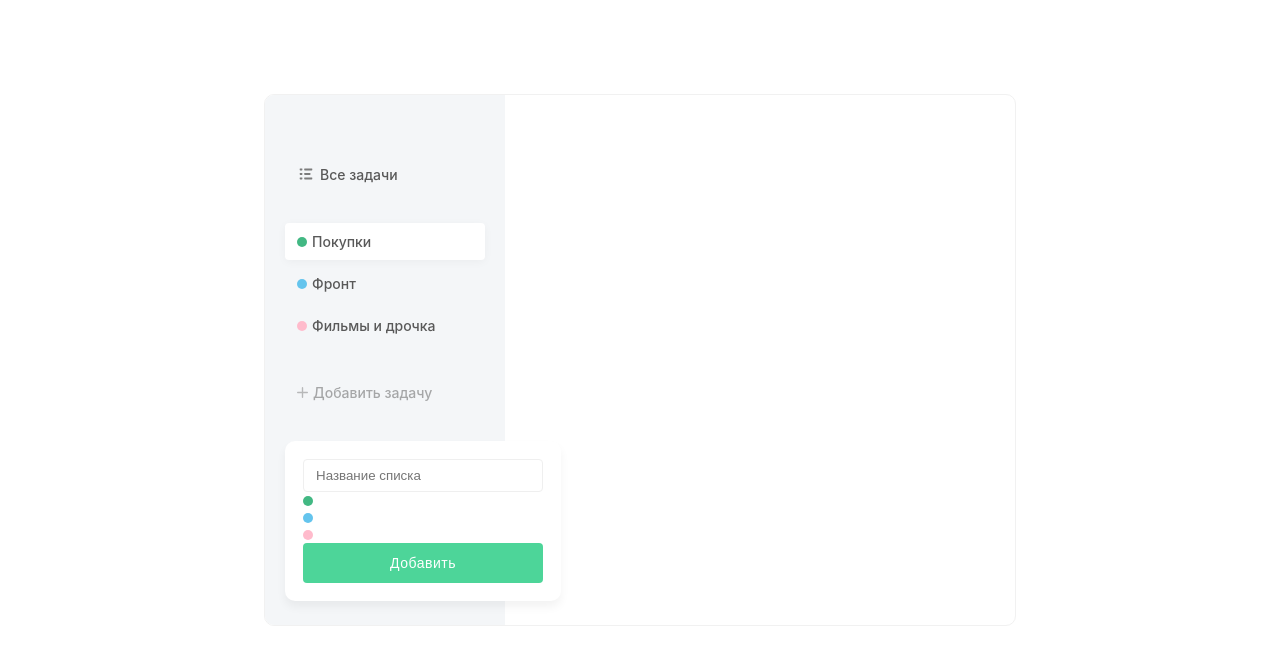
Repository: AzimAzimov/Todo
Page: /
These files come from the project's save history. The page is drawn as it stood at one moment and after the next save; the edit follows.
The browser window is 1280 px wide. The pictures show the whole page.
The project was rebuilt for these pictures with package versions that can differ from the ones it lists, and the page was loaded fresh each time.

Above is the page before, as saved 2023-02-19 15:07:10.

### src/index.js
import React from 'react';
import ReactDOM from 'react-dom/client';
import './scss/index.scss';
import App from './App';

const root = ReactDOM.createRoot(document.getElementById('root'));
root.render(
  <React.StrictMode>
    <App />
  </React.StrictMode>
);

### src/scss/index.scss
@import "_normalize.scss";

body {
  margin: 0;
  font-family: -apple-system, BlinkMacSystemFont, 'Segoe UI', 'Montserrat', 'Oxygen',
    'Ubuntu', 'Cantarell', 'Fira Sans', 'Droid Sans', 'Helvetica Neue',
    sans-serif;
  -webkit-font-smoothing: antialiased;
  -moz-osx-font-smoothing: grayscale;
}

.todo {
  position: absolute;
  left: 50%;
  top: 50%;
  width: 750px;
  height: 530px;
  transform: translate(-50%, -50%);
  border: 1px solid #f1f1f1;
  border-radius: 10px;
  overflow: hidden;
  font-size: 14px;
  // background-color: #F4F6F8;
  &__sidebar {
    background: #F4F6F8;
    width: 200px;
    height: calc(100% - 120px);
    padding: 60px 20px;
  }

}

### src/App.js
import React, { useState } from 'react';
import AddButtonList from './components/addButtonList/AddButtonList';

import List from './components/sidebar/List';
import DB from './assets/db.json'
import './scss/index.scss';


function App() {

  const [ value, setValue ] = useState('kjjk')

  return (
    <div className="todo">
      <div className="todo__sidebar">
        <List items={[
          {
            icon: (
              <svg width="18" height="18" viewBox="0 0 18 18" fill="none" xmlns="http://www.w3.org/2000/svg">
                <path d="M12.96 8.10001H7.74001C7.24321 8.10001 7.20001 8.50231 7.20001 9.00001C7.20001 9.49771 7.24321 9.90001 7.74001 9.90001H12.96C13.4568 9.90001 13.5 9.49771 13.5 9.00001C13.5 8.50231 13.4568 8.10001 12.96 8.10001V8.10001ZM14.76 12.6H7.74001C7.24321 12.6 7.20001 13.0023 7.20001 13.5C7.20001 13.9977 7.24321 14.4 7.74001 14.4H14.76C15.2568 14.4 15.3 13.9977 15.3 13.5C15.3 13.0023 15.2568 12.6 14.76 12.6ZM7.74001 5.40001H14.76C15.2568 5.40001 15.3 4.99771 15.3 4.50001C15.3 4.00231 15.2568 3.60001 14.76 3.60001H7.74001C7.24321 3.60001 7.20001 4.00231 7.20001 4.50001C7.20001 4.99771 7.24321 5.40001 7.74001 5.40001ZM4.86001 8.10001H3.24001C2.74321 8.10001 2.70001 8.50231 2.70001 9.00001C2.70001 9.49771 2.74321 9.90001 3.24001 9.90001H4.86001C5.35681 9.90001 5.40001 9.49771 5.40001 9.00001C5.40001 8.50231 5.35681 8.10001 4.86001 8.10001ZM4.86001 12.6H3.24001C2.74321 12.6 2.70001 13.0023 2.70001 13.5C2.70001 13.9977 2.74321 14.4 3.24001 14.4H4.86001C5.35681 14.4 5.40001 13.9977 5.40001 13.5C5.40001 13.0023 5.35681 12.6 4.86001 12.6ZM4.86001 3.60001H3.24001C2.74321 3.60001 2.70001 4.00231 2.70001 4.50001C2.70001 4.99771 2.74321 5.40001 3.24001 5.40001H4.86001C5.35681 5.40001 5.40001 4.99771 5.40001 4.50001C5.40001 4.00231 5.35681 3.60001 4.86001 3.60001Z" fill="black"/>
              </svg>
            ),
            name: 'Все задачи',
          }
        ]} />
        <List
          isRemovable={true}
          items={[
            {
              color: 'green',
              name: 'Покупки',
              active: true,
            },
            {
              color: 'blue',
              name: 'Фронт',
            },
            {
              color: 'pink',
              name: 'Фильмы и дрочка',
            },
          ]}
        />
        <AddButtonList colors={DB.colors} />
      </div>
      <div className='todo__tasks'></div>
    </div>
  );
}

export default App;

### src/scss/_normalize.scss
* {
  padding: 0;
  margin: 0;
  list-style: none;
  outline: none;
}

html {
  -ms-text-size-adjust: 100%;
  -webkit-text-size-adjust: 100%;
}

body {
  -moz-osx-font-smoothing: grayscale;
  -webkit-font-smoothing: antialiased;

}

a,
span,
p,
b,
h1,
h2,
h3,
h4,
h5 {
  margin: 0;
  padding: 0;
  text-decoration: none
}

h1 {
  font-size: 48px;
}

h2 {
  font-weight: 600;
  font-size: 28px;
  line-height: 30px;
}

a {
  text-decoration: none;
}

### src/components/addButtonList/AddButtonList.jsx
import React, {useState} from 'react'
import Badge from '../badge/Badge';
import List from '../sidebar/List'
import "./AddListButton.scss"


const AddButtonList = () => {
  const [visiblePopup, setVisiblePopup] = useState(true);

  return (
    <div className="add__list">
      <List
        onClick={()=> setVisiblePopup(true)}
        items={[
          {
            className: 'todo__list__button',
            icon: (
              <svg width="11" height="11" viewBox="0 0 16 16" fill="none" xmlns="http://www.w3.org/2000/svg">
                <path d="M8 1V15" stroke="black" strokeWidth="2" strokeLinecap="round" strokeLinejoin="round"/>
                <path d="M1 8H15" stroke="black" strokeWidth="2" strokeLinecap="round" strokeLinejoin="round"/>
              </svg>
            ),
            name: 'Добавить задачу'
          }
        ]}
      />
      {visiblePopup &&
        <div className="add__list__popup">
          <input className='field' type='text' placeholder='Название списка' />
          <div className="add__list__popup__colors">
            <ul>
              <li><Badge color="green" /></li>
              <li><Badge color="blue" /></li>
              <li><Badge color="pink" /></li>
            </ul>
          </div>
          <button className='button'>Добавить</button>
        </div>
      }
    </div>
  )
}

export default AddButtonList

### src/components/sidebar/List.jsx
import React from 'react'
import classNames from 'classnames';

import './List.scss';
import Badge from '../badge/Badge';

const List = ({ items, isRemovable, onClick }) => {
  return (
    <ul onClick={onClick} className='todo__list'>
      {items.map((item, index) => (
        <li key={index} className={classNames(item.className, { active: item.active })}>
          <i>{item.icon ? item.icon : <Badge color={item.color} />}</i>
          <span>{item.name}</span>
        </li>
      ))}
    </ul>
  )
}

export default List

### src/assets/db.json
{
  "lists": [
    {
      "id": 1,
      "name": "Продажи",
      "colorId": 5
    },
    {
      "id": 2,
      "name": "Фронтенд",
      "colorId": 4
    },
    {
      "id": 3,
      "name": "Фильмы и сериалы",
      "colorId": 3
    },
    {
      "id": 4,
      "name": "Книги",
      "colorId": 2
    },
    {
      "id": 5,
      "name": "Личное",
      "colorId": 1
    },
    {
      "name": "Спорт",
      "colorId": 3,
      "id": 6
    },
    {
      "name": "Курс по ReactJS ToDo",
      "colorId": 7,
      "id": 7
    }
  ],
  "tasks": [
    {
      "id": 1,
      "listId": 2,
      "text": "Изучить JavaScript",
      "completed": true
    },
    {
      "id": 2,
      "listId": 2,
      "text": "Изучить паттерны проектирования",
      "completed": false
    },
    {
      "id": 3,
      "listId": 2,
      "text": "ReactJS Hooks (useState, useReducer, useEffect и т.д.)",
      "completed": true
    },
    {
      "id": 4,
      "listId": 2,
      "text": "Redux (redux-observable, redux-saga)",
      "completed": false
    },
    {
      "listId": 2,
      "text": "123",
      "completed": true,
      "id": 5
    },
    {
      "listId": 1,
      "text": "test",
      "completed": false,
      "id": 6
    },
    {
      "listId": 1,
      "text": "qweqwe",
      "completed": false,
      "id": 7
    },
    {
      "listId": 1,
      "text": "qweqwe",
      "completed": true,
      "id": 8
    },
    {
      "listId": 1,
      "text": "123",
      "completed": false,
      "id": 9
    },
    {
      "listId": 4,
      "text": "Купить 1984!",
      "completed": true,
      "id": 10
    },
    {
      "listId": 2,
      "text": "222",
      "completed": true,
      "id": 12
    },
    {
      "listId": 7,
      "text": "Сделали сайдбар",
      "completed": true,
      "id": 15
    },
    {
      "listId": 7,
      "text": "Сделали список задач",
      "completed": true,
      "id": 16
    },
    {
      "listId": 7,
      "text": "Сделали удаление и редактирование задач и списков",
      "completed": true,
      "id": 17
    },
    {
      "listId": 8,
      "text": "tttt",
      "completed": false,
      "id": 18
    }
  ],
  "colors": [
    {
      "id": 1,
      "hex": "#C9D1D3",
      "name": "grey"
    },
    {
      "id": 2,
      "hex": "#42B883",
      "name": "green"
    },
    {
      "id": 3,
      "hex": "#64C4ED",
      "name": "blue"
    },
    {
      "id": 4,
      "hex": "#FFBBCC",
      "name": "pink"
    },
    {
      "id": 5,
      "hex": "#B6E6BD",
      "name": "lime"
    },
    {
      "id": 6,
      "hex": "#C355F5",
      "name": "purple"
    },
    {
      "id": 7,
      "hex": "#110133",
      "name": "black"
    },
    {
      "id": 8,
      "hex": "#FF6464",
      "name": "red"
    }
  ]
}

### src/components/badge/Badge.jsx
import React from 'react'

import "./Barge.scss"

const Badge = ({ color }) => <i className={`badge badge__${color}`}></i>

export default Badge

### src/components/addButtonList/AddListButton.scss
.add__list {
  &__popup {
    width: 240px;
    background: #FFFFFF;
    box-shadow: 0px 6px 10px rgba(0, 0, 0, 0.05);
    border-radius: 10px;
    padding: 18px;
  }

  .field {
    width: 100%;
    background: #FFFFFF;
    border: 1px solid #EFEFEF;
    border-radius: 4px;
    box-sizing: border-box;
    padding: 8px 12px;
    &:focus {
      border-color: #dadada;
    }
  }

  .button {
    cursor: pointer;
    width: 100%;
    padding: 12px 20px;
    background: #4DD599;
    border-radius: 4px;
    border: none;
    letter-spacing: .5px;
    font-size: 14px;
    color: #FFFFFF;
    transition: all 0.3 ease;
    &:hover {
      background: darken(#4DD599, 4%);
    }
    &:active {
      background: darken(#4DD599, 12%);
    }
  }
}

### src/components/sidebar/List.scss

.todo__list {
  margin-bottom: 30px;
  &__button {
    opacity: 0.5;
    &:hover {
      opacity: 1;
    }
    svg {
      transition: all 0.3s ease;
      path {
        stroke: #7C7C7C;
      }
    }
    span {
      color: #7c7c7c;
      transition: all 0.3s ease;
    }
  }

  li {
    display: flex;
    align-items: center;
    gap: 5px;
    padding: 10px 12px;
    margin-bottom: 5px;
    cursor: pointer;
    &.active {
      background: #FFFFFF;
      box-shadow: 0px 2px 10px rgba(0, 0, 0, 0.04);
      border-radius: 4px;
    }

    i {
      display: inline-flex;
      svg {
        path {
          fill: #7C7C7C;
        }
      }
    }

    span {
      font-weight: 500;
      color: #595959;
    }
  }
}

### src/components/badge/Barge.scss
  .badge {
    display: inline-block;
    width: 10px;
    height: 10px;
    border-radius: 50%;

    &__green {
      background-color: #42B883;
    }

    &__blue {
      background-color: #64C4ED;
    }

    &__pink {
      background-color: #FFBBCC;
    }
  }

Loaded but not shown: public/index.html (common file)

After the next save:
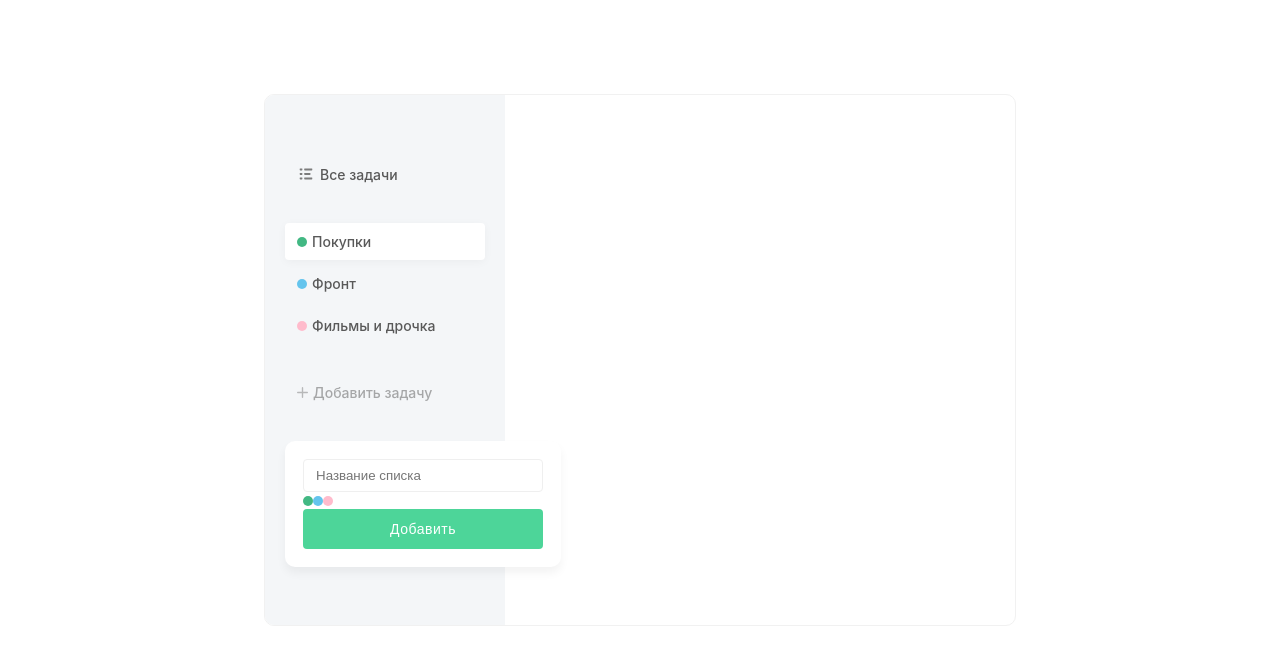
Saved 8 s later.
--- a/src/components/addButtonList/AddListButton.scss
+++ b/src/components/addButtonList/AddListButton.scss
@@ -5,6 +5,11 @@
     box-shadow: 0px 6px 10px rgba(0, 0, 0, 0.05);
     border-radius: 10px;
     padding: 18px;
+      &__colors {
+          ul {
+            display: flex;
+          }
+        }
   }
 
   .field {
